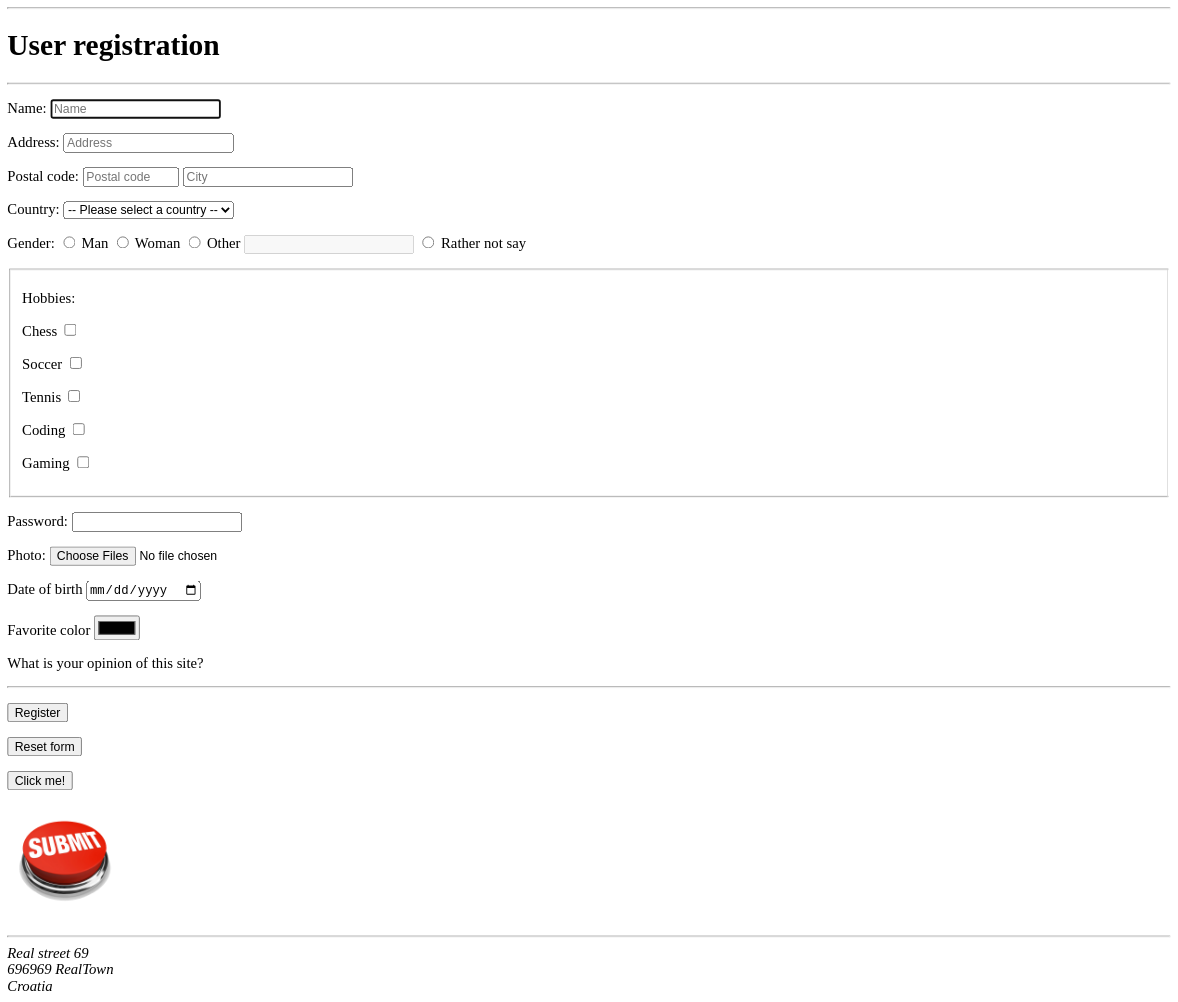
Repository: Filip-Husic/AW_frontend
Page: ex3Forms.html
These files come from the project's save history. The page is drawn as it stood at one moment and after a run of saves; the edit follows.
The browser window is 1280 px wide. The pictures show the whole page, at 92% of full size.

Above is the page before, as saved 2022-11-23 14:44:33.

After the next 3 saves:
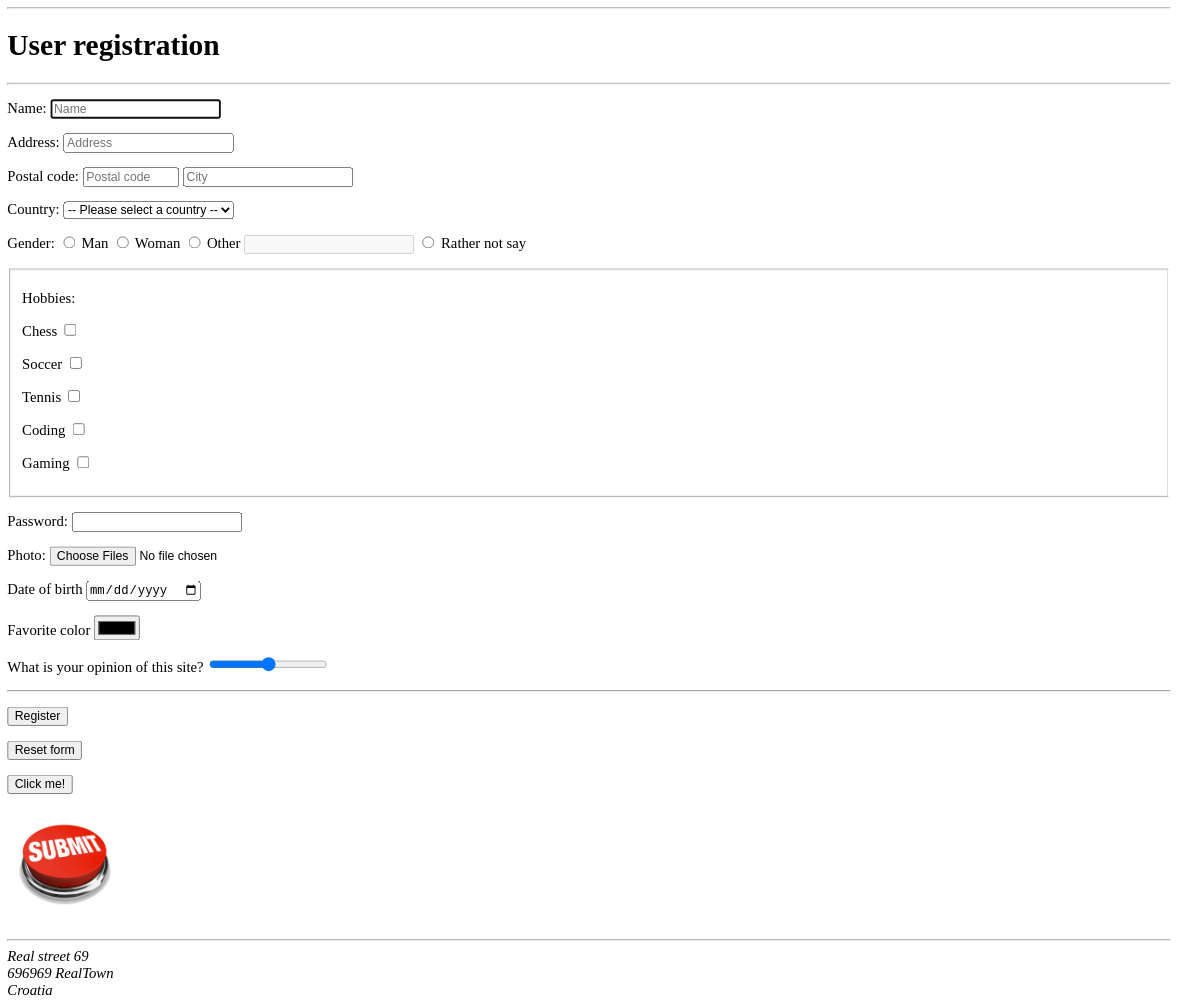
The 3 saves are shown as one change because they came seconds apart.
The last was saved 9 s later.
--- a/ex3Forms.html
+++ b/ex3Forms.html
@@ -90,6 +90,7 @@
         </p>
         <p>
             <label for="opinion">What is your opinion of this site?</label>
+            <input type="range">
         </p>
         <hr>
         <p>
